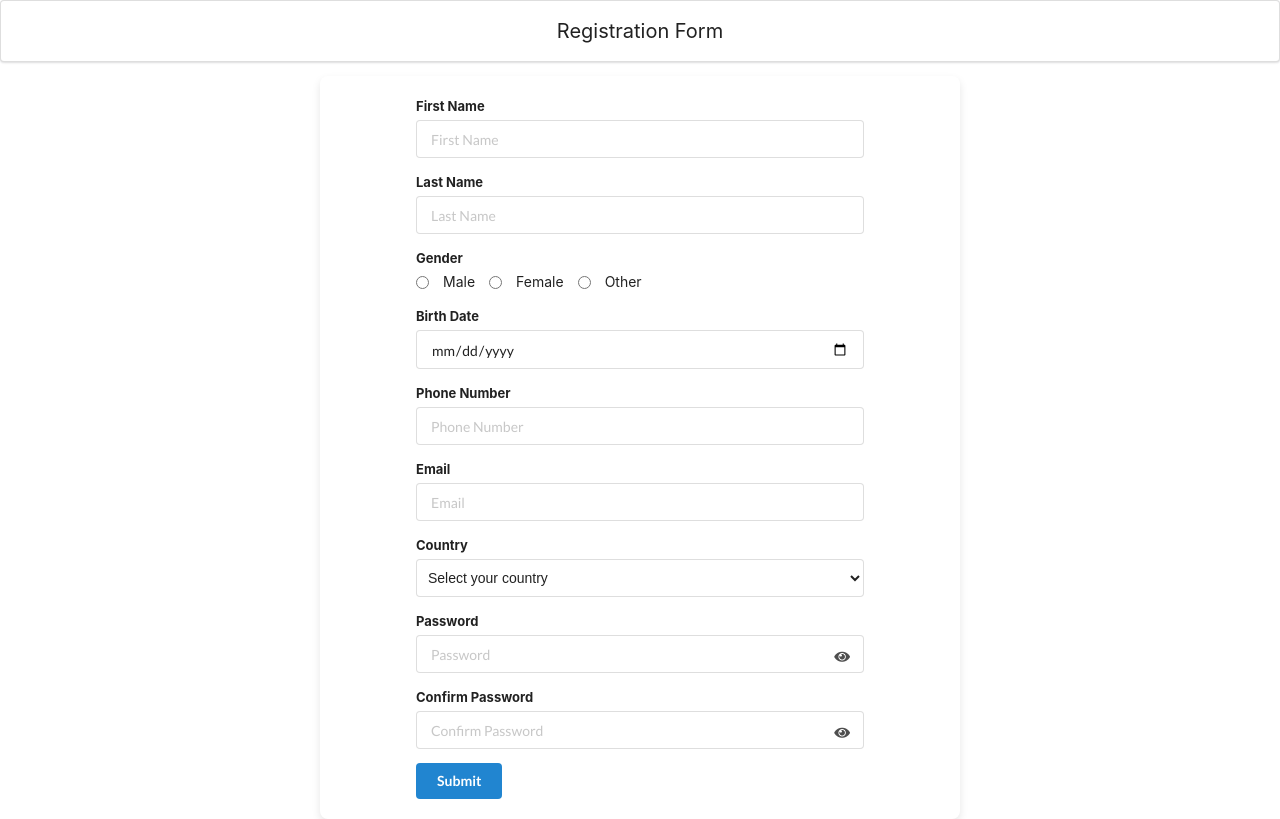
Repository: Wahid137/registration-form
Page: /
These files come from the project's save history. The page is drawn as it stood at one moment and after the next save; the edit follows.
The browser window is 1280 px wide. The pictures show the whole page.
The project was rebuilt for these pictures with package versions that can differ from the ones it lists, and the page was loaded fresh each time.

Above is the page before, as saved 2024-05-01 16:51:29.

After the next save:
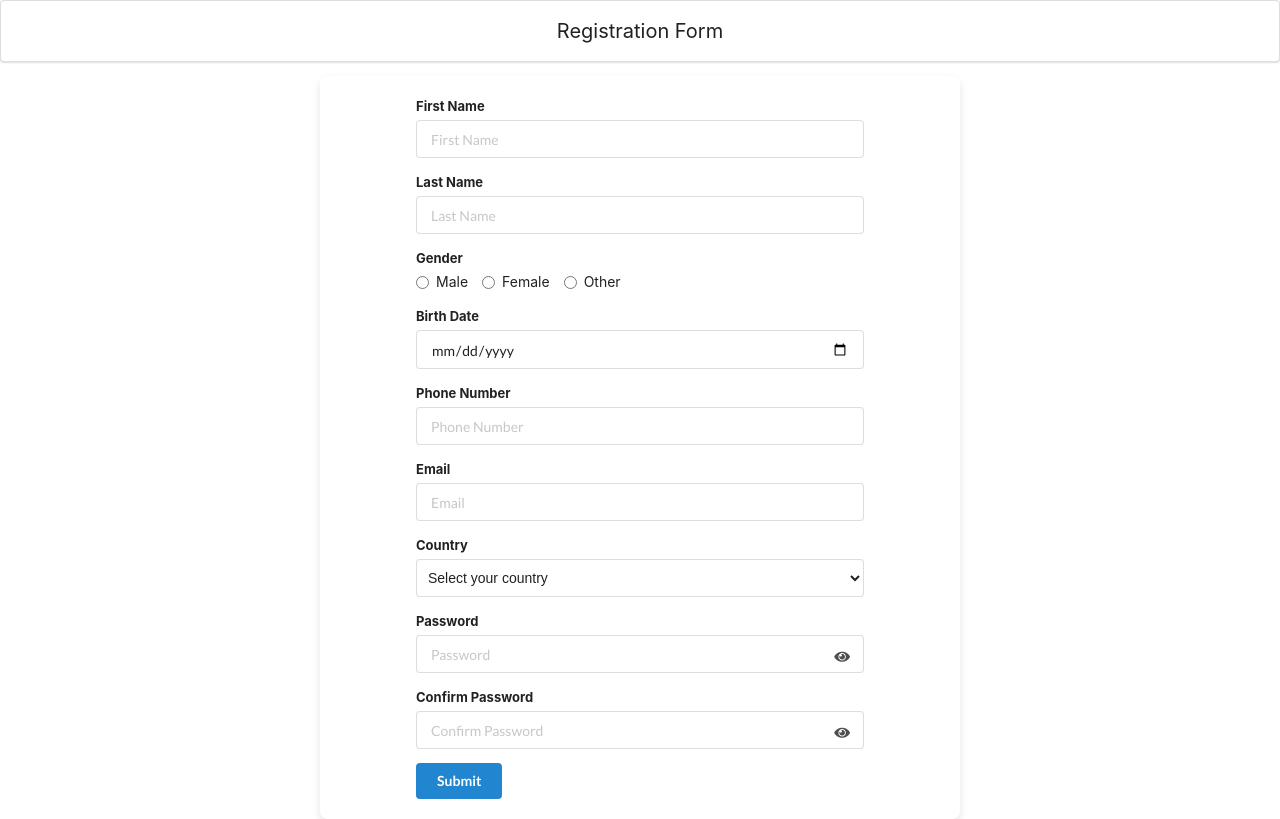
Saved 7 s later.
--- a/src/App.css
+++ b/src/App.css
@@ -25,5 +25,5 @@
 }
 
 .gender-option input {
-  margin-right: 1rem;
+  margin-right: 0.5rem;
 }
